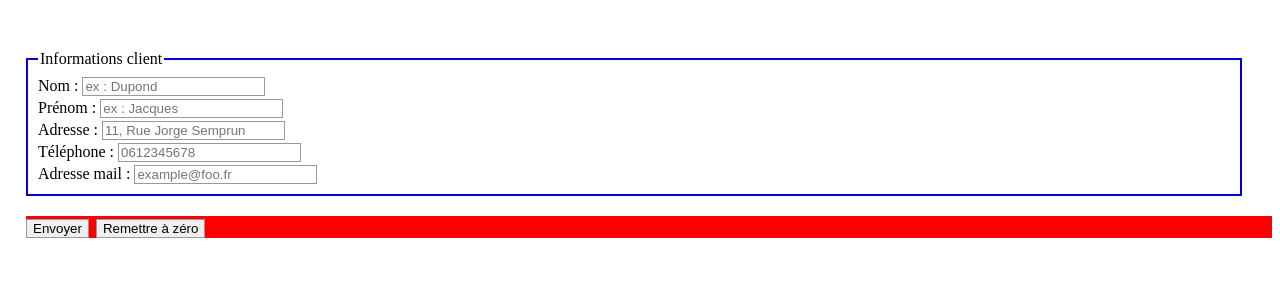
Repository: big73/NFE114
Page: http://localhost/Seance4-step1/
An editor plug-in stored every save of this project. The page is shown before and after the next save, followed by the edit.
The browser window is 1280 px wide. The pictures show the whole page.
The page is served by Tomcat 9.

Above is the page before, as saved 2015-12-30 14:35:15.

After the next save:
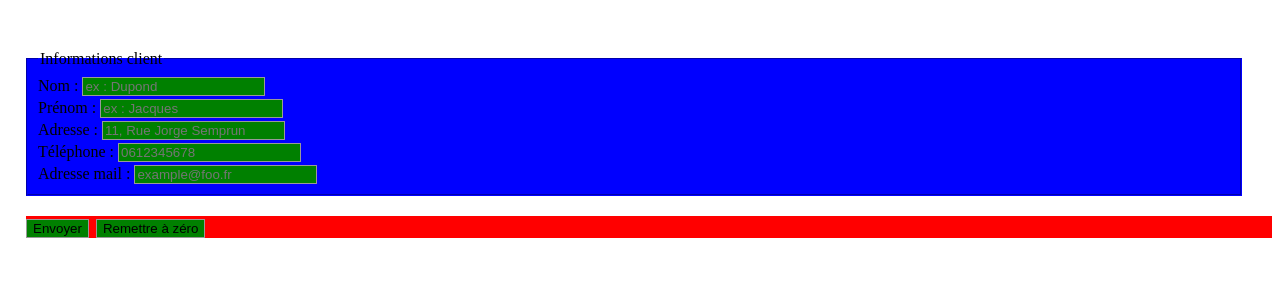
Saved 23 s later.
--- a/Seance4-step1/WebContent/css/style.css
+++ b/Seance4-step1/WebContent/css/style.css
@@ -12,11 +12,12 @@ fieldset {
     margin-bottom : 20px;
 
     padding-left : 10px;
+    background-color: blue;
 }
 
 input
 {
 	margin: 3px 3px 0px 0px;
-
     border: 1px #999 solid;
+    background-color: green;
 }
